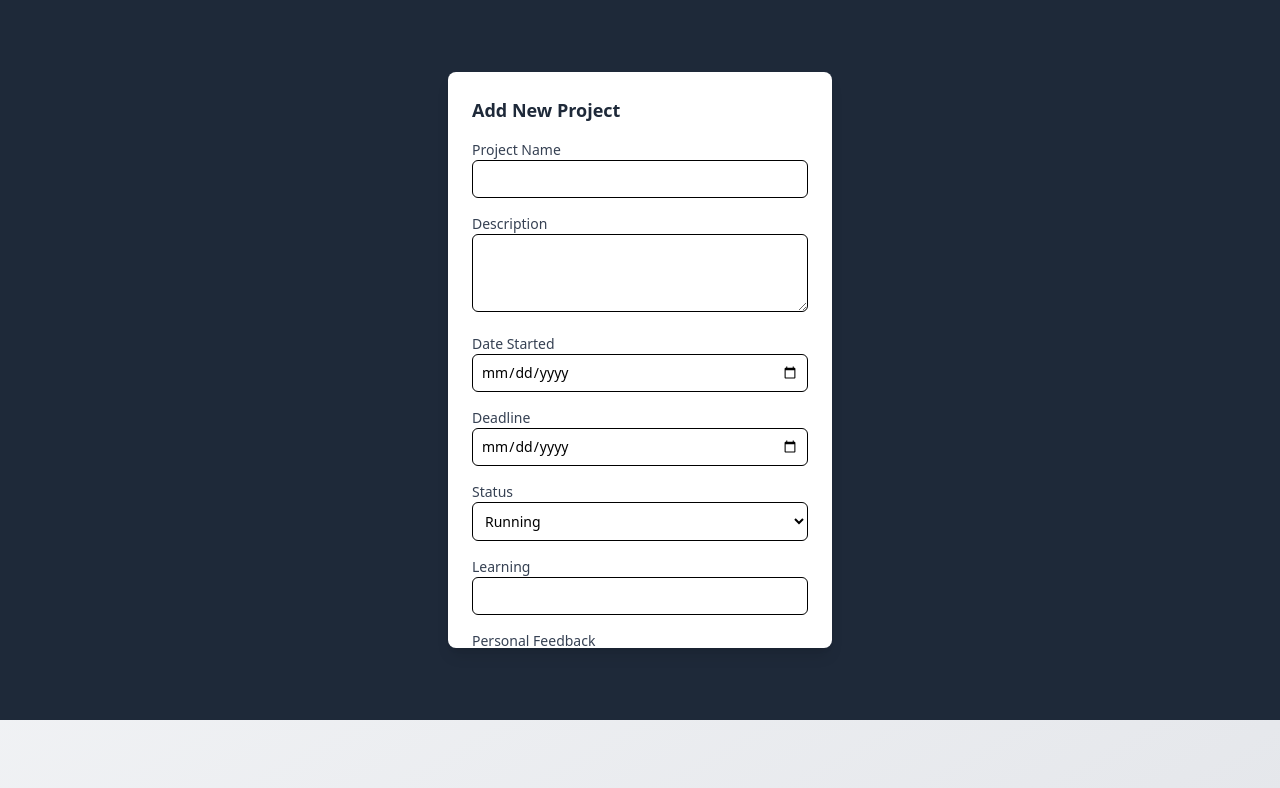
Repository: mohitagrawal0412/Workify
Page: /projects (app in client/), after clicking the first element matching `button.bg-indigo-600`
An editor plug-in stored every save of this project. The page is shown before and after a run of saves, followed by the edit.
The browser window is 1280 px wide. The pictures show the whole page.
The project was rebuilt for these pictures with package versions that can differ from the ones it lists, and the page was loaded fresh each time. Also part of the build but not shown: client/vite.config.js, client/src/index.css, client/src/Components/Dashboard/Dashboard.jsx, client/src/Components/Dashboard/ProjectDetails.jsx, client/src/Components/Dashboard/EntryDetails.jsx, client/src/Components/Dashboard/SubEntryDetails.jsx.

Above is the page before, as saved 2025-04-15 14:53:52.

### client/src/App.jsx
import './App.css';
import { BrowserRouter as Router, Routes, Route } from 'react-router-dom';
import Navbar from './Components/Dashboard/Navbar.jsx'; // Import Navbar component
import Dashboard from './Components/Dashboard/Dashboard';
import AllProjects from './Components/Dashboard/AllProjects'; // Adjust path as needed
import ProjectDetails from './Components/Dashboard/ProjectDetails'; // Add this import for the project details page
import EntryDetails from './Components/Dashboard/EntryDetails'; // Add this import for the entry details page
import SubEntryDetails from './Components/Dashboard/SubEntryDetails';

function App() {
  return (
    <Router>
      {/* Navbar will be displayed across all pages */}
      <Navbar />

      <Routes>
        {/* Route for Dashboard */}
        <Route path="/" element={<Dashboard />} />

        {/* Route for All Projects */}
        <Route path="/projects" element={<AllProjects />} />

        {/* Route for Project Details, assuming we are passing projectId */}
        <Route path="/projectDetails" element={<ProjectDetails />} />

        {/* Route for Entry Details, assuming we are passing entryId */}
        <Route path="/entryDetails" element={<EntryDetails />} />

        {/* Route for SubEntryDetails */}
        <Route path="/SubEntryDetails" element={<SubEntryDetails />} />
      </Routes>
    </Router>
  );
}

export default App;

### client/src/Components/Dashboard/Navbar.jsx
import React, { useState, useEffect } from "react";
import { Link } from "react-router-dom";
import { FaMoon, FaSun, FaBars, FaTimes } from "react-icons/fa";

const Navbar = () => {
  const [darkMode, setDarkMode] = useState(false);
  const [isMenuOpen, setIsMenuOpen] = useState(false);

  const toggleDarkMode = () => setDarkMode(!darkMode);
  const toggleMenu = () => setIsMenuOpen(!isMenuOpen);

  useEffect(() => {
    if (darkMode) {
      document.body.classList.add("dark");
    } else {
      document.body.classList.remove("dark");
    }
  }, [darkMode]);

  return (
    <nav className="bg-white dark:bg-gray-900 shadow-md px-6 py-4 rounded-b-xl">
      <div className="flex items-center justify-between">
        {/* Logo */}
        <span className="text-purple-600 dark:text-purple-400 text-2xl font-extrabold tracking-wide transform hover:scale-105 transition-transform">
          📘 WorkLogger
        </span>

        {/* Hamburger Button */}
        <button
          className="sm:hidden text-gray-700 dark:text-gray-300 text-2xl focus:outline-none"
          onClick={toggleMenu}
        >
          {isMenuOpen ? <FaTimes /> : <FaBars />}
        </button>

        {/* Desktop Menu */}
        <div className="hidden sm:flex items-center space-x-6 text-sm font-medium text-gray-700 dark:text-gray-300">
          <Link to="/" className="hover:text-purple-600 dark:hover:text-purple-400">Dashboard</Link>
          <Link to="/projects" className="hover:text-purple-600 dark:hover:text-purple-400">Projects</Link>
          <Link to="/calendar" className="hover:text-purple-600 dark:hover:text-purple-400">Calendar</Link>
          <Link to="/insights" className="hover:text-purple-600 dark:hover:text-purple-400">Insights</Link>
          <Link to="/settings" className="hover:text-purple-600 dark:hover:text-purple-400">Settings</Link>

          <button
            onClick={toggleDarkMode}
            className="ml-4 text-white bg-purple-600 hover:bg-purple-700 px-3 py-2 rounded-lg transition-all duration-200 flex items-center gap-2"
          >
            {darkMode ? <FaSun /> : <FaMoon />}
            {darkMode ? "Light" : "Dark"}
          </button>
        </div>
      </div>

      {/* Mobile Menu */}
      {isMenuOpen && (
        <div className="sm:hidden mt-4 space-y-3 text-center text-gray-700 dark:text-gray-300 text-sm font-medium">
          <Link
            to="/"
            onClick={toggleMenu}
            className="block hover:text-purple-600 dark:hover:text-purple-400"
          >
            Dashboard
          </Link>
          <Link
            to="/projects"
            onClick={toggleMenu}
            className="block hover:text-purple-600 dark:hover:text-purple-400"
          >
            Projects
          </Link>
          <Link
            to="/calendar"
            onClick={toggleMenu}
            className="block hover:text-purple-600 dark:hover:text-purple-400"
          >
            Calendar
          </Link>
          <Link
            to="/insights"
            onClick={toggleMenu}
            className="block hover:text-purple-600 dark:hover:text-purple-400"
          >
            Insights
          </Link>
          <Link
            to="/settings"
            onClick={toggleMenu}
            className="block hover:text-purple-600 dark:hover:text-purple-400"
          >
            Settings
          </Link>

          <button
            onClick={() => {
              toggleDarkMode();
              toggleMenu();
            }}
            className="mt-2 text-white bg-purple-600 hover:bg-purple-700 px-4 py-2 rounded-lg transition-all duration-200 flex items-center gap-2 mx-auto"
          >
            {darkMode ? <FaSun /> : <FaMoon />}
            {darkMode ? "Light Mode" : "Dark Mode"}
          </button>
        </div>
      )}
    </nav>
  );
};

export default Navbar;

### client/src/Components/Dashboard/AllProjects.jsx
import React, { useState } from "react";
import AddProjectModal from "./AddProjectModal"; // Import the AddProjectModal component
import { FaClock, FaTasks, FaCalendarAlt, FaHourglassEnd } from "react-icons/fa";
import { Link, useNavigate } from "react-router-dom";

const dummyProjects = [
    {
        _id: "1",
        projectName: "Task Tracker App",
        description: "Track daily tasks and progress.",
        totalSpentTime: 12,
        status: "running",
        entries: [1, 2],
        createdAt: "2024-03-01T10:00:00Z",
        deadline: "2024-04-15T23:59:59Z",
    },
    {
        _id: "2",
        projectName: "Portfolio Website",
        description: "Personal portfolio for showcasing work.",
        totalSpentTime: 20,
        status: "completed",
        entries: [1, 2, 3],
        createdAt: "2024-02-15T08:30:00Z",
        deadline: "2024-03-10T23:59:59Z",
    },
    {
        _id: "3",
        projectName: "Expense Manager",
        description: "Manage personal finances with ease.",
        totalSpentTime: 8,
        status: "under seen of manager",
        entries: [],
        createdAt: "2024-04-01T14:45:00Z",
        deadline: "2024-05-01T23:59:59Z",
    },
];

const statusColors = {
    running: "bg-green-100 text-green-600",
    completed: "bg-purple-100 text-purple-600",
    "under seen of manager": "bg-yellow-100 text-yellow-600",
};

const AllProjects = () => {
    const [projects, setProjects] = useState(dummyProjects);
    const [showModal, setShowModal] = useState(false);

    const handleShowModal = () => setShowModal(true);
    const handleCloseModal = () => setShowModal(false);

    const handleAddProject = (newProject) => {
        console.log("New Project Added:", newProject);
        setProjects((prevProjects) => [
            ...prevProjects,
            { ...newProject, _id: new Date().toISOString() },
        ]);
        handleCloseModal(); // Close the modal
    };

    return (
        <div className="min-h-screen bg-gradient-to-br from-gray-50 to-gray-200 py-10 px-6">
            <h1 className="text-4xl font-bold text-center text-gray-800 mb-10">🚀 All Projects</h1>

            <div className="mb-5 text-center">
                <button
                    onClick={handleShowModal}
                    className="bg-indigo-600 text-white py-2 px-4 rounded-md shadow-md hover:bg-indigo-700 transition duration-200"
                    aria-label="Add a new project"
                >
                    Add Project
                </button>
            </div>

            <div className="grid grid-cols-1 sm:grid-cols-2 lg:grid-cols-3 gap-8">
                {projects.map((project) => (
                    <div
                        key={project._id}
                        className="bg-white rounded-2xl shadow-lg border border-gray-200 hover:shadow-xl transition-shadow duration-300"
                    >
                        {/* Card Header */}
                        <div className="bg-gradient-to-r from-purple-500 to-indigo-500 text-white rounded-t-2xl px-5 py-4 flex items-center justify-between">
                            <h2 className="text-xl font-bold">{project.projectName}</h2>
                            <span
                                className={`px-3 py-1 rounded-full text-xs font-medium ${statusColors[project.status]}`}
                            >
                                {project.status}
                            </span>
                        </div>

                        {/* Card Body */}
                        <div className="p-5 space-y-3">
                            <p className="text-gray-600 text-2xl">
                                {project.description.split(" ").slice(0, 4).join(" ")}
                                {project.description.split(" ").length > 4 ? "..." : ""}
                            </p>
                            <div className="text-sm text-gray-700 space-y-1">
                                <div className="flex items-center gap-2">
                                    <FaTasks className="text-blue-500" />
                                    <span>
                                        <span className="font-medium">Entries:</span> {project.entries.length}
                                    </span>
                                </div>
                                <div className="flex items-center gap-2">
                                    <FaClock className="text-amber-500" />
                                    <span>
                                        <span className="font-medium">Time Spent:</span> {project.totalSpentTime} hrs
                                    </span>
                                </div>
                                <div className="flex items-center gap-2">
                                    <FaCalendarAlt className="text-green-600" />
                                    <span>
                                        <span className="font-medium">Started:</span>{" "}
                                        {new Date(project.createdAt).toLocaleDateString()}
                                    </span>
                                </div>
                                <div className="flex items-center gap-2">
                                    <FaHourglassEnd className="text-red-500" />
                                    <span>
                                        <span className="font-medium">Deadline:</span>{" "}
                                        {new Date(project.deadline).toLocaleDateString()}
                                    </span>
                                </div>
                            </div>
                        </div>

                        {/* Footer */}
                        <div className="bg-gray-50 px-5 py-3 rounded-b-2xl text-right">
                            <button className="text-sm text-indigo-600 hover:underline font-medium">
                                <Link to="/projectDetails" className="hover:text-purple-600">
                                    View Details
                                </Link>
                            </button>
                        </div>
                    </div>
                ))}
            </div>

            {/* Add Project Modal */}
            <AddProjectModal
                showModal={showModal}
                handleClose={handleCloseModal}
                handleAddProject={handleAddProject}
            />
        </div>
    );
};

export default AllProjects;

### client/src/Components/Dashboard/AddProjectModal.jsx
import React, { useState } from "react";

const AddProjectModal = ({ showModal, handleClose, handleAddProject }) => {
    const [newProject, setNewProject] = useState({
        projectName: "",
        description: "",
        dateStarted: "",
        deadline: "",
        totalSpentTime: 0,
        status: "running",
        learning: "",
        personalFeedback: "",
    });

    const handleChange = (e) => {
        const { name, value } = e.target;
        setNewProject((prevState) => ({
            ...prevState,
            [name]: value,
        }));
    };

    const handleSubmit = (e) => {
        e.preventDefault();
        handleAddProject(newProject); // Pass the new project data to the parent component
        handleClose(); // Close the modal
    };

    return (
        <>
            {showModal && (
                <div className="fixed inset-0 bg-gray-800  backdrop-blur-sm flex justify-center items-center">


                    {/* <div className="fixed inset-0 bg-transparent flex justify-center items-center"> */}


                    <div className="bg-white rounded-lg shadow-lg w-96 p-6 overflow-y-auto max-h-[80vh]">
                        <h2 className="text-lg font-semibold text-gray-800 mb-4">Add New Project</h2>
                        <form onSubmit={handleSubmit}>
                            <div className="mb-4">
                                <label className="block text-sm text-gray-700">Project Name</label>
                                <input
                                    type="text"
                                    className="w-full p-2 border rounded-md focus:outline-none focus:ring-2 focus:ring-indigo-500 text-sm"
                                    name="projectName"
                                    value={newProject.projectName}
                                    onChange={handleChange}
                                    required
                                />
                            </div>

                            <div className="mb-4">
                                <label className="block text-sm text-gray-700">Description</label>
                                <textarea
                                    rows="3"
                                    className="w-full p-2 border rounded-md focus:outline-none focus:ring-2 focus:ring-indigo-500 text-sm"
                                    name="description"
                                    value={newProject.description}
                                    onChange={handleChange}
                                />
                            </div>

                            <div className="mb-4">
                                <label className="block text-sm text-gray-700">Date Started</label>
                                <input
                                    type="date"
                                    className="w-full p-2 border rounded-md focus:outline-none focus:ring-2 focus:ring-indigo-500 text-sm"
                                    name="dateStarted"
                                    value={newProject.dateStarted}
                                    onChange={handleChange}
                                />
                            </div>

                            <div className="mb-4">
                                <label className="block text-sm text-gray-700">Deadline</label>
                                <input
                                    type="date"
                                    className="w-full p-2 border rounded-md focus:outline-none focus:ring-2 focus:ring-indigo-500 text-sm"
                                    name="deadline"
                                    value={newProject.deadline}
                                    onChange={handleChange}
                                    required
                                />
                            </div>

                            <div className="mb-4">
                                <label className="block text-sm text-gray-700">Status</label>
                                <select
                                    className="w-full p-2 border rounded-md focus:outline-none focus:ring-2 focus:ring-indigo-500 text-sm"
                                    name="status"
                                    value={newProject.status}
                                    onChange={handleChange}
                                >
                                    <option value="running">Running</option>
                                    <option value="completed">Completed</option>
                                    <option value="under seen of manager">Under Seen of Manager</option>
                                </select>
                            </div>

                            <div className="mb-4">
                                <label className="block text-sm text-gray-700">Learning</label>
                                <input
                                    type="text"
                                    className="w-full p-2 border rounded-md focus:outline-none focus:ring-2 focus:ring-indigo-500 text-sm"
                                    name="learning"
                                    value={newProject.learning}
                                    onChange={handleChange}
                                />
                            </div>

                            <div className="mb-6">
                                <label className="block text-sm text-gray-700">Personal Feedback</label>
                                <textarea
                                    rows="3"
                                    className="w-full p-2 border rounded-md focus:outline-none focus:ring-2 focus:ring-indigo-500 text-sm"
                                    name="personalFeedback"
                                    value={newProject.personalFeedback}
                                    onChange={handleChange}
                                />
                            </div>

                            <div className="flex justify-between">
                                <button
                                    type="button"
                                    onClick={handleClose}
                                    className="text-gray-600 hover:text-gray-800 text-sm"
                                >
                                    Cancel
                                </button>
                                <button
                                    type="submit"
                                    className="bg-indigo-600 text-white py-2 px-4 rounded-md hover:bg-indigo-700 text-sm"
                                >
                                    Add Project
                                </button>
                            </div>
                        </form>
                    </div>
                </div>
            )}
        </>
    );
};

export default AddProjectModal;

Loaded but not shown: client/index.html (common file); client/src/main.jsx (common file); client/src/App.css (common file)

After the next 2 saves:
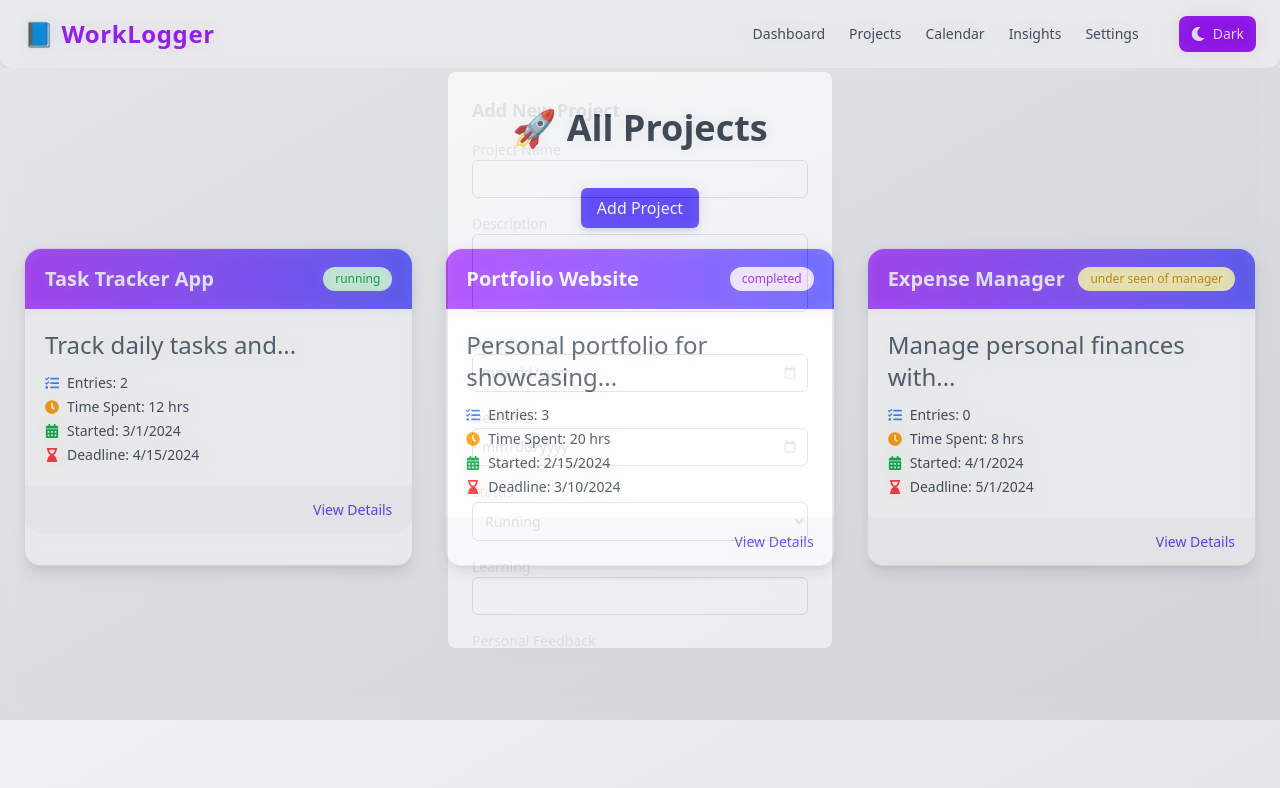
The 2 saves are shown as one change because they came seconds apart.
The last was saved 53 s later.
--- a/client/src/Components/Dashboard/AddProjectModal.jsx
+++ b/client/src/Components/Dashboard/AddProjectModal.jsx
@@ -29,7 +29,7 @@ const AddProjectModal = ({ showModal, handleClose, handleAddProject }) => {
     return (
         <>
             {showModal && (
-                <div className="fixed inset-0 bg-gray-800  backdrop-blur-sm flex justify-center items-center">
+                <div className="fixed inset-0 bg-gray-800  opacity-10 backdrop-blur-sm flex justify-center items-center">
 
 
                     {/* <div className="fixed inset-0 bg-transparent flex justify-center items-center"> */}
